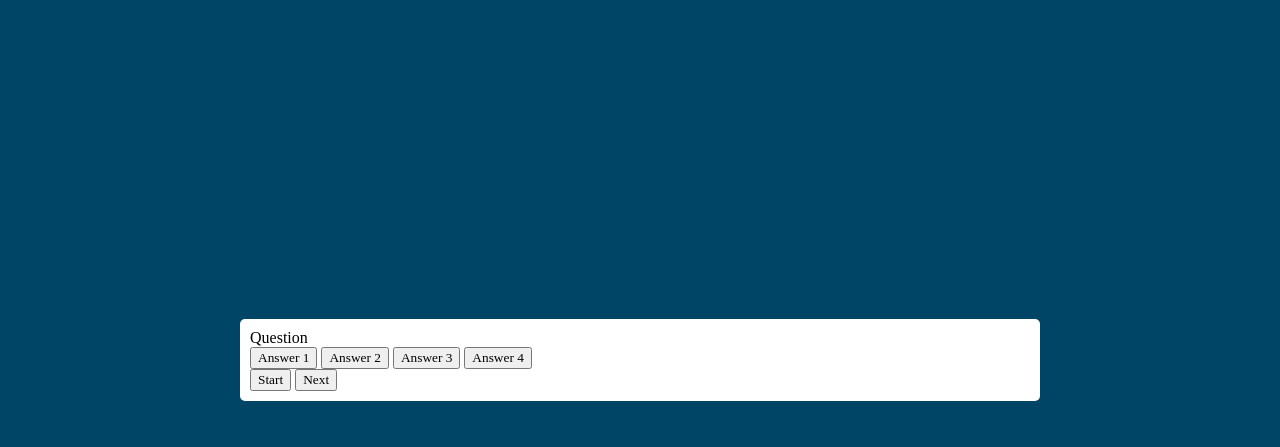
Repository: DaNiels89/quiz-js
Page: index.html
These files come from the project's save history. The page is drawn as it stood at one moment and after the next save; the edit follows.
The browser window is 1280 px wide. The pictures show the whole page.

Above is the page before, as saved 2020-06-22 09:46:39.

### index.html
<!DOCTYPE html>
<html lang="en">

<head>
    <meta charset="UTF-8">
    <meta name="viewport" content="width=device-width, initial-scale=1.0">
    <link rel="stylesheet" href="css/styles.css">
    <script defer scr="script.js"></script>
    <title>Quiz</title>
</head>

<body>
    <div class="container">
        <div id="question-container" class="hide">
            <div class="question">Question</div>
            <div id="answer-buttons" class="btn-grid">
                <button class="btn">Answer 1</button>
                <button class="btn">Answer 2</button>
                <button class="btn">Answer 3</button>
                <button class="btn">Answer 4</button>
            </div>
        </div>
        <div class="controls">
            <button id="start-btn" class="start-btn btn">Start</button>
            <button id="next-btn" class="next-btn btn">Next</button>
        </div>
    </div>
</body>

</html>

### css/styles.css
*, *::before, *::after {
    box-sizing: border-box;
    font-family: Gotham Rounded;
}

:root {
    --hue-neutral: 200;
    --hue-wrong: 0;
    --hue-correct: 145;
}

body {
    --hue: var(--hue-neutral);
    padding: 0;
    margin: 0;
    display: flex;
    width: 100vw;
    height: 100vh;
    justify-content: center;
    align-items: center;
    background-color: hsl(var(--hue), 100%, 20%);
}

body.correct {
    --hue: var(--hue-correct);
}

body.wrong {
    --hue: var(--hue-wrong);
}

.container {
    width: 800px;
    max-width: 80%;
    background-color: white;
    border-radius: 5px;
    padding: 10px;
}

After the next save:
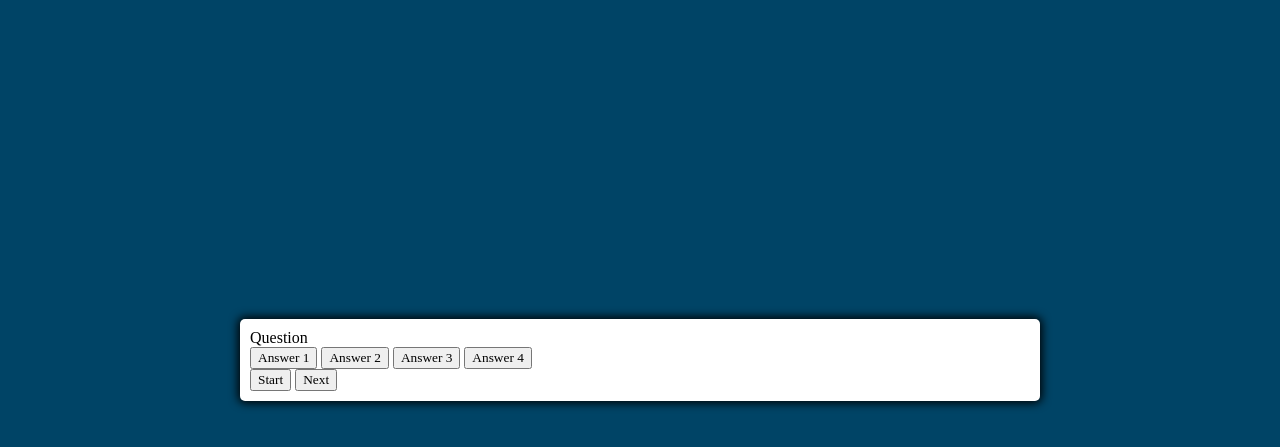
Saved 27 s later.
--- a/css/styles.css
+++ b/css/styles.css
@@ -35,4 +35,5 @@ body.wrong {
     background-color: white;
     border-radius: 5px;
     padding: 10px;
+    box-shadow: 0 0 10px 2px;
 }
